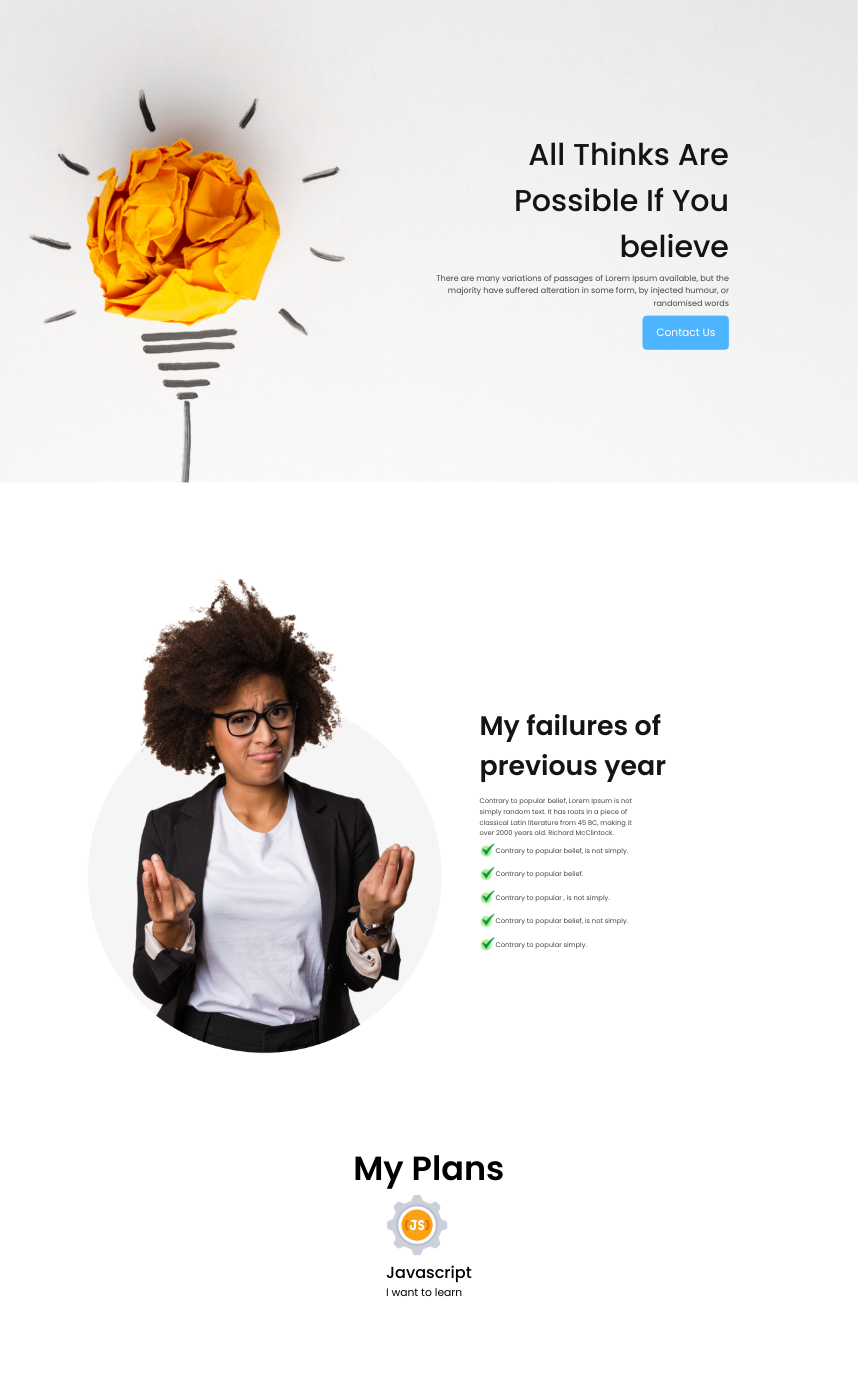
Repository: mdrubel02/new-year-new-mission
Page: index.html
These files come from the project's save history. The page is drawn as it stood at one moment and after the next save; the edit follows.
The browser window is 1280 px wide. The pictures show the whole page, at 67% of full size.

Above is the page before, as saved 2023-01-06 23:30:48.

After the next save:
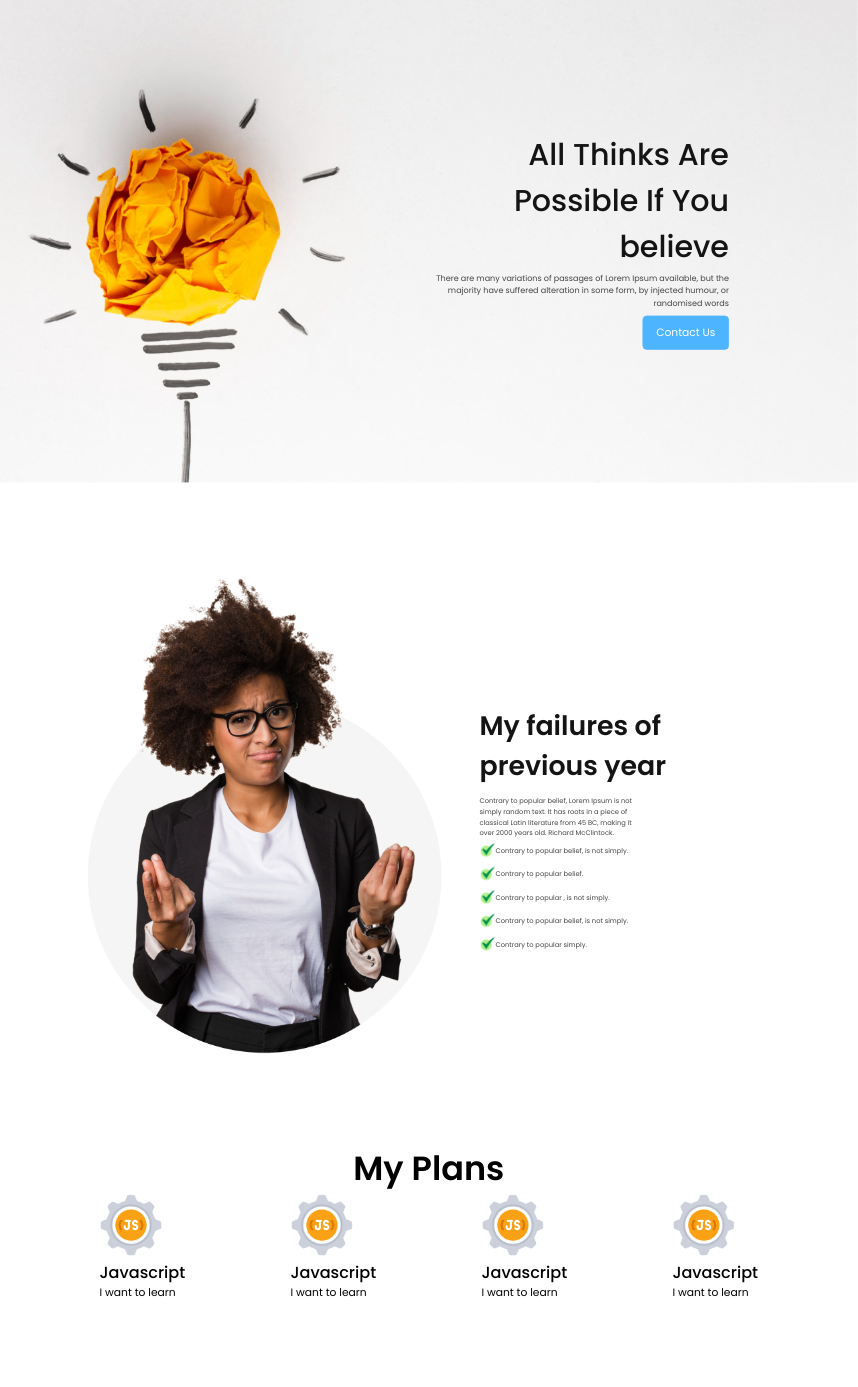
Saved 34 s later.
--- a/index.html
+++ b/index.html
@@ -30,13 +30,24 @@
             </div>
             <div class="experience_right">
                 <h1>My failures of previous year</h1>
-                <p>Contrary to popular belief, Lorem Ipsum is not simply random text. It has roots in a piece of classical Latin literature from 45 BC, making it over 2000 years old. Richard McClintock.</p>
+                <p>Contrary to popular belief, Lorem Ipsum is not simply random text. It has roots in a piece of
+                    classical Latin literature from 45 BC, making it over 2000 years old. Richard McClintock.</p>
                 <ul>
-                    <li class="experience-item"><span><img src="/images/check-mark.png" alt=""></span> <p>Contrary to popular belief, is not simply.</p></li>
-                    <li class="experience-item"><span><img src="/images/check-mark.png" alt=""></span> <p>Contrary to popular belief.</p></li>
-                    <li class="experience-item"><span><img src="/images/check-mark.png" alt=""></span> <p>Contrary to popular , is not simply.</p></li>
-                    <li class="experience-item"><span><img src="/images/check-mark.png" alt=""></span> <p>Contrary to popular belief, is not simply.</p></li>
-                    <li class="experience-item"><span><img src="/images/check-mark.png" alt=""></span> <p>Contrary to popular simply.</p></li>
+                    <li class="experience-item"><span><img src="/images/check-mark.png" alt=""></span>
+                        <p>Contrary to popular belief, is not simply.</p>
+                    </li>
+                    <li class="experience-item"><span><img src="/images/check-mark.png" alt=""></span>
+                        <p>Contrary to popular belief.</p>
+                    </li>
+                    <li class="experience-item"><span><img src="/images/check-mark.png" alt=""></span>
+                        <p>Contrary to popular , is not simply.</p>
+                    </li>
+                    <li class="experience-item"><span><img src="/images/check-mark.png" alt=""></span>
+                        <p>Contrary to popular belief, is not simply.</p>
+                    </li>
+                    <li class="experience-item"><span><img src="/images/check-mark.png" alt=""></span>
+                        <p>Contrary to popular simply.</p>
+                    </li>
                 </ul>
             </div>
         </div>
@@ -47,9 +58,24 @@
         <h1 class="title">My Plans</h1>
         <div class="my_plans_section">
             <div class="my_plans_items">
-                    <img src="/images/icons/js.png" alt="">
-                    <h2>Javascript</h2>
-                    <p>I want to learn</p>
+                <img src="/images/icons/js.png" alt="">
+                <h2>Javascript</h2>
+                <p>I want to learn</p>
+            </div>
+            <div class="my_plans_items">
+                <img src="/images/icons/js.png" alt="">
+                <h2>Javascript</h2>
+                <p>I want to learn</p>
+            </div>
+            <div class="my_plans_items">
+                <img src="/images/icons/js.png" alt="">
+                <h2>Javascript</h2>
+                <p>I want to learn</p>
+            </div>
+            <div class="my_plans_items">
+                <img src="/images/icons/js.png" alt="">
+                <h2>Javascript</h2>
+                <p>I want to learn</p>
             </div>
         </div>
 
